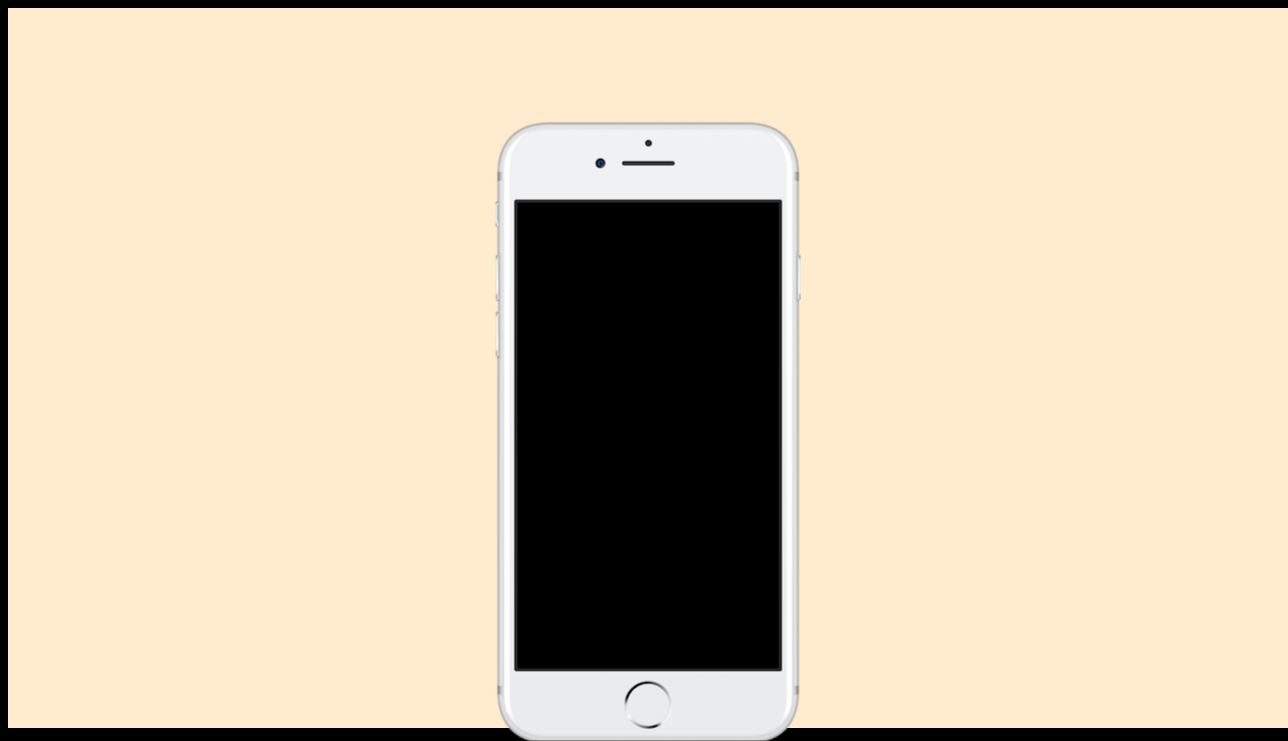
Repository: DorivalJunior14/Projeto-social
Page: index.html
These files come from the project's save history. The page is drawn as it stood at one moment and after a run of saves; the edit follows.
The browser window is 1280 px wide. The page is 1288 px wide, so the pictures cover 1288 px, including what lies to the right of the window. The pictures show the whole page.

Above is the page before, as saved 2022-06-24 14:15:58.

### index.html
<!DOCTYPE html>
<html lang="pt-br">
<head>
    <meta charset="UTF-8">
    <meta http-equiv="X-UA-Compatible" content="IE=edge">
    <meta name="viewport" content="width=device-width, initial-scale=1.0">
    <link rel="shortcut icon" href="favicon.ico" type="image/x-icon">
    <link rel="stylesheet" href="estilos/style.css">
    <title>Projeto redes sociais</title>

</head>
<body>
  <main>
    <section id="telefone">
    </section>
    <section id="redes-sociais">
    </section>
  </main>
</body>
</html>

### estilos/style.css
@charset "UTF-8"

*{
    margin: 0px;
    padding: 0px;
    font-family: Arial, Helvetica, sans-serif;
}

html, body {
    height: 100vh;
    width: 100vw;
    background-color: black;

}

main {
    position: relative;
    height: 100vh;
    background-color: blanchedalmond;
}

section#telefone {
    position: absolute;
    top: 50%;
    left: 50%;
    transform: translate(-50%,-50%);
    height: 621px;
    width: 311px;
    background-color: blue;
    background: url('../imagens/frame-iphone.png');
    transform: translate(-50%,-40%);
    -webkit-transform: translate(-50%,-40%);
    -moz-transform: translate(-50%,-40%);
    -ms-transform: translate(-50%,-40%);
    -o-transform: translate(-50%,-40%);
}

After the next 2 saves:
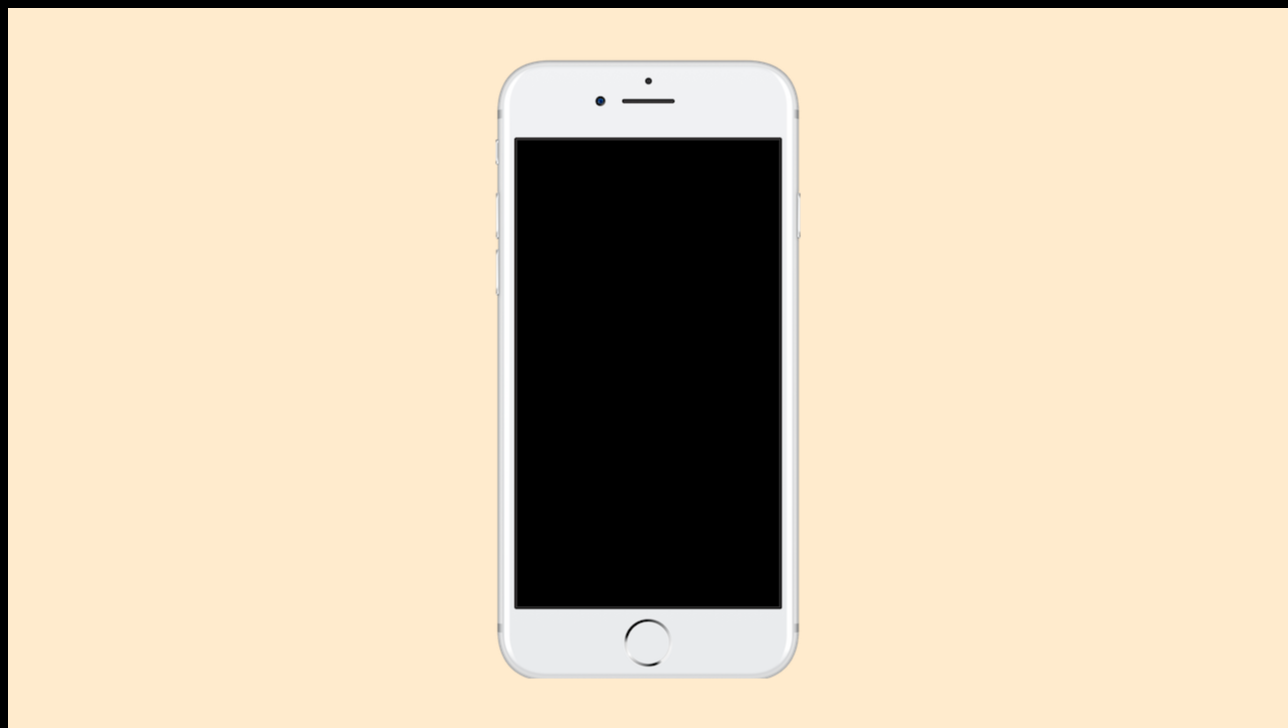
The 2 saves are shown as one change because they came seconds apart.
The last was saved 13 s later.
--- a/estilos/style.css
+++ b/estilos/style.css
@@ -28,9 +28,9 @@ section#telefone {
     width: 311px;
     background-color: blue;
     background: url('../imagens/frame-iphone.png');
-    transform: translate(-50%,-40%);
-    -webkit-transform: translate(-50%,-40%);
-    -moz-transform: translate(-50%,-40%);
-    -ms-transform: translate(-50%,-40%);
-    -o-transform: translate(-50%,-40%);
+    transform: translate(-50%,-50%);
+    -webkit-transform: translate(-50%,-50%);
+    -moz-transform: translate(-50%,-50%);
+    -ms-transform: translate(-50%,-50%);
+    -o-transform: translate(-50%,-50%);
 }
